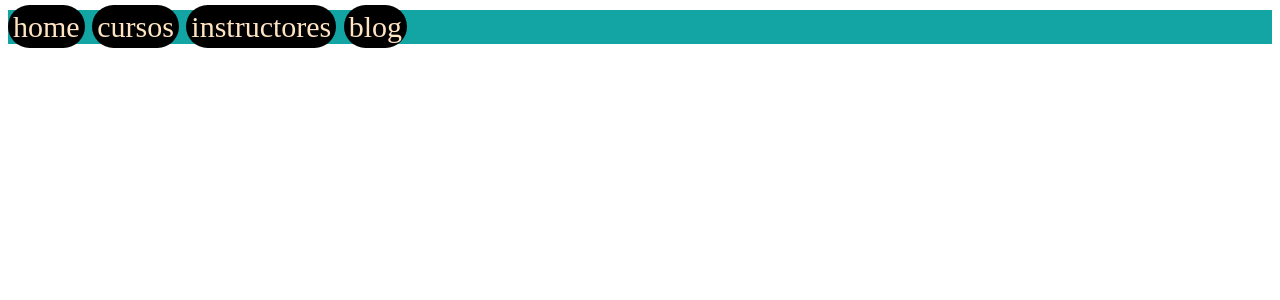
Repository: Daniel009980/daniel0099980
Page: pseudoclase/index.html
The author's editor kept a copy of each file at every save. The page is drawn from the files as they stood at one save, then again after the next save.
The browser window is 1280 px wide. The pictures show the whole page.

Above is the page before, as saved 2022-09-12 18:51:46.

### pseudoclase/index.html
<!DOCTYPE html>
<html lang="en">
<head>
    <meta charset="UTF-8">
    <meta http-equiv="X-UA-Compatible" content="IE=edge">
    <meta name="viewport" content="width=device-width, initial-scale=1.0">
    <title>Document</title>
    <link rel="stylesheet" href="style.css">
</head>
<body>
<header>
    <nav>
        <ul class="main-nav">
            <li class="main-nav__item"><a href="">home</a></li>
            <li class="main-nav__item"><a href="">cursos</a></li>
            <li class="main-nav__item"><a href="">instructores</a></li>
            <li class="main-nav__item"><a href="">blog</a></li>
        </ul>
    </nav>
</header>
</body>
</html>

### pseudoclase/style.css
.main-nav{
    font-size: 30px;
    margin-top: 10px;   /* el margin es el tamaño de la caja queu esta utilizando la lista de ul y lo podemos modificar con ese comando  */
    list-style: none;
    padding-left: 0px;    /*  el paddin es el tamaño que esta ocupando el texto dentro de la caja de la lista y cuando lo quitamos estamos quitando el espacio que estaria ocupando las viñetas por ejemplo */
    background-color: #13a4a4;

}

.main-nav__item{
    display: inline-block;
}

.main-nav__item a {                 /* con la nos referimos a todos los elementos con etiqueta a que se encuentran en esa clase */
color: bisque;
padding: 5px;
border-radius: 30px;
text-decoration: none;
background-color: black;
}

/* pseudo clases */

.main-nav__item a:hover {
    color: blue;

}

.main-nav__item a:active {
    color: red;
}

After the next save:
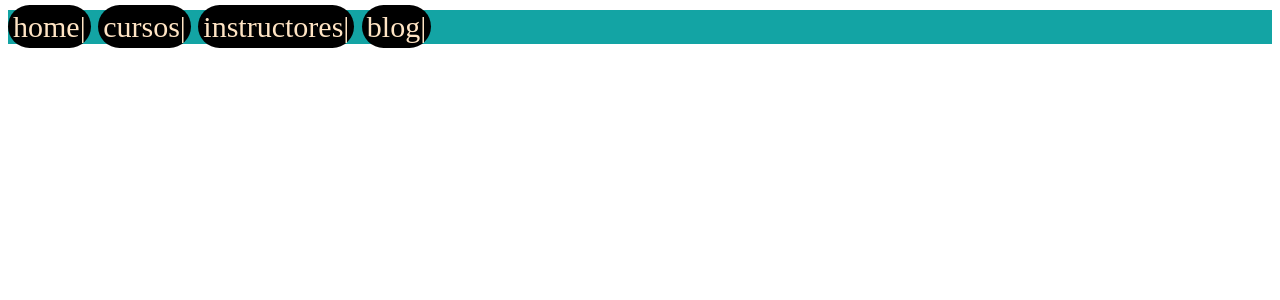
Saved 75 s later.
--- a/pseudoclase/style.css
+++ b/pseudoclase/style.css
@@ -29,3 +29,9 @@ background-color: black;
 .main-nav__item a:active {
     color: red;
 }
+
+/* pseudo elemntos */
+
+.main-nav__item a::after{
+    content: "|";
+}
